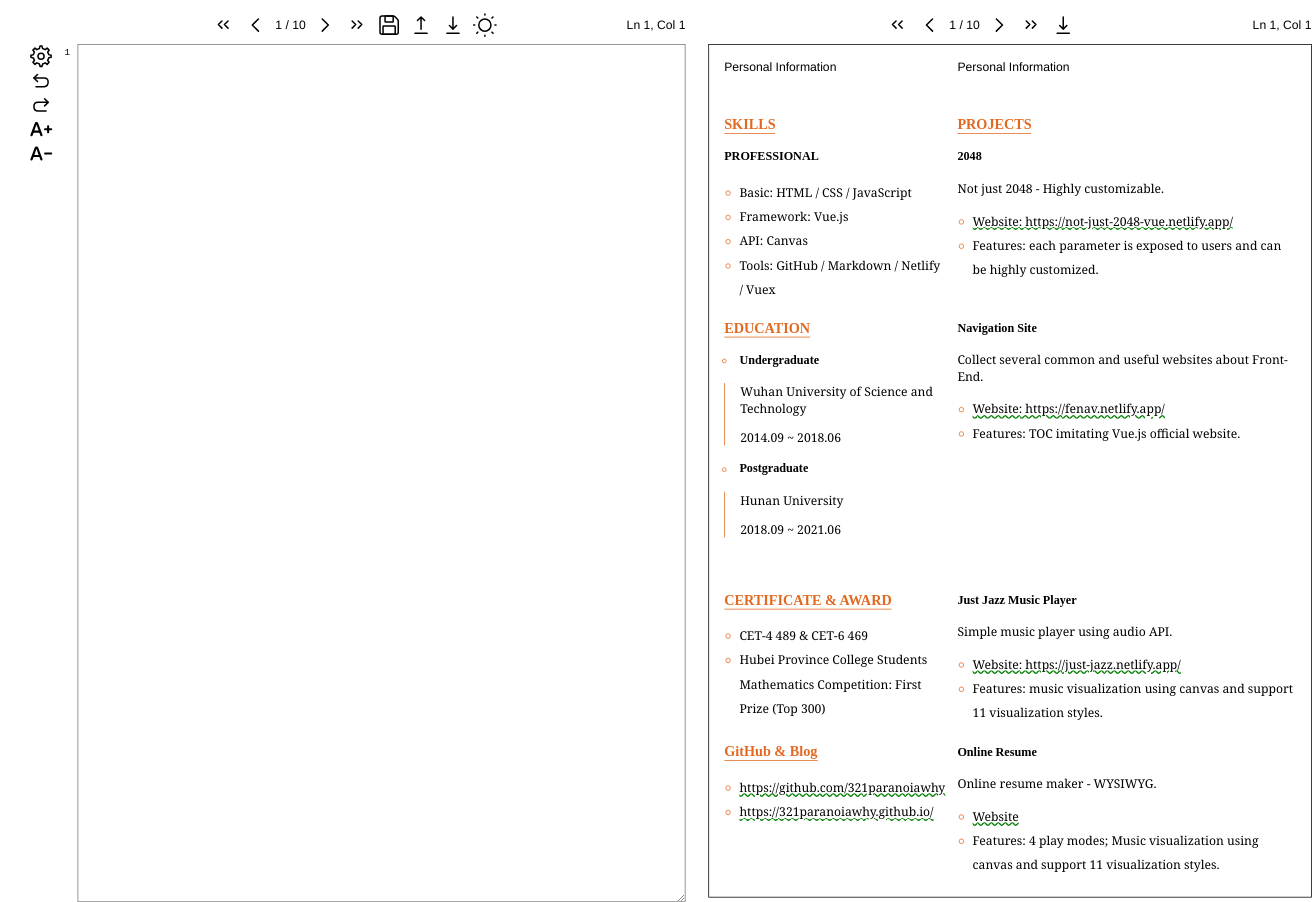
Repository: 321paranoiawhy/online-resume
Page: /
An editor plug-in stored every save of this project. The page is shown before and after the next save, followed by the edit.
The browser window is 1280 px wide. The page is 1726 px wide, so the pictures cover 1726 px, including what lies to the right of the window. The pictures show the whole page, at 76% of full size.
The project was rebuilt for these pictures with package versions that can differ from the ones it lists, and the page was loaded fresh each time. Also part of the build but not shown: vue.config.js, src/components/Header.vue, src/components/Introduction.vue, src/components/Footer.vue.

Above is the page before, as saved 2022-06-08 18:01:25.

### src/App.vue
<template>
    <router-view />
</template>

<style lang="scss">
html,
body,
#app {
    height: 100%;
}
#app {
    font-family: Avenir, Helvetica, Arial, sans-serif;
    -webkit-font-smoothing: antialiased;
    -moz-osx-font-smoothing: grayscale;
    text-align: center;
    // color: #2c3e50;
}
</style>

### src/css/common.css
:root {
    --A4-width: 210mm;
    --A4-height: 297mm;
    /* CSS 全局变量, 任何地方均可通过 var() 访问变量值 */
    --base: 12;
    /* 基于 --base 计算 --font-size-small 和 --line-height-small */
    /* 参考链接: https://www.ruanyifeng.com/blog/2017/05/css-variables.html */
    --font-size-small: calc(var(--base) * 1px);
    --line-height-small: calc(var(--base) * 1.5px);
    /* 字符间距 */
    --letter-spacing: 0.05em;
}
textarea.left-textarea {
    width: var(--A4-width); /* 210 * 96 / 25.4 = 793.7 px */
    height: var(--A4-height); /* 297 * 96 / 25.4 = 1122.52 px */
    /* 字体大小 */
    font-size: var(--font-size-small);
    /* 行高 */
    line-height: var(--line-height-small);
    /* 字符间距 */
    letter-spacing: var(--letter-spacing);
    /* 统一各浏览器下 textarea 盒模型 */
    margin: 0;
    border-width: 1px;
    padding: 2px;
}
div.right-output {
    /* 1 in = 25.4 mm = 96 px */
    width: var(--A4-width); /* 210 * 96 / 25.4 = 793.7 px */
    height: var(--A4-height); /* 297 * 96 / 25.4 = 1122.52 px */
    margin: 0;
    border: 1px solid red;
    padding: 2px;
    /* & .name {
        border: 1px solid blue;
    } */
}
img {
    width: 32px;
    height: 32px;
    cursor: pointer;
}

### src/views/HomeView.vue
<template>
    <!-- <TopHeader></TopHeader> -->
    <!-- <Introduction></Introduction> -->
    <div class="main-flex">
        <LeftInput class="left-input"></LeftInput>
        <RightOutput></RightOutput>
    </div>
    <!-- <BottomFooter></BottomFooter> -->
</template>

<script>
// @ is an alias to /src
import TopHeader from "@/components/Header.vue";
import Introduction from "@/components/Introduction.vue";
import LeftInput from "@/components/LeftInput.vue";
import RightOutput from "@/components/RightOutput.vue";
import BottomFooter from "@/components/Footer.vue";

// 功能拆解
// 下载源码和渲染结果文件(HTML&CSS, PDF, DOCX), 使用 Pandoc
// LaTeX 语法支持 (引入 MathJax)
// JavaScript 实现 解析
// common.css 负责特定样式
// 切换主题或者切换模板
// 主题 白天 黑夜
// 模板 暂定唯一模板 后续定制更多模板 (寻找优雅的 resume 模板)
// autosave
// localstorage
// 左侧应有快速插入标记, 如 name
export default {
    name: "HomeView",
    components: {
        TopHeader,
        Introduction,
        LeftInput,
        RightOutput,
        BottomFooter,
    },
};
</script>

<style scoped lang="scss">
div.main-flex {
    display: flex;
    width: fit-content;
    & .left-input {
        margin-left: 30px;
        margin-right: 30px;
    }
}
</style>

### src/components/RightOutput.vue
<template>
    <div class="right-output-flex-column">
        <div class="top-flex">
            <div class="center">
                <img
                    v-for="(item, index) in rightOutputImage.slice(0, 2)"
                    :key="index"
                    :src="require('../assets/images/' + item.img_src + '.svg')"
                    :alt="item.img_src"
                    @click="Fn(item.function)"
                />
                <p>{{ currentOutputPage }} / {{ totalOutputPage }}</p>
                <img
                    v-for="(item, index) in rightOutputImage.slice(2)"
                    :key="index"
                    :src="require('../assets/images/' + item.img_src + '.svg')"
                    :alt="item.img_src"
                    @click="Fn(item.function)"
                />
            </div>
            <!-- 快速跳转至某行某列 (默认当前页) -->
            <p @click="gotoLnAndCol">Ln 1, Col 1</p>
        </div>
        <!-- <div class="right-output" ref="output"></div> -->
        <testTemplateEN></testTemplateEN>
    </div>
</template>

<script>
import rightOutputImage from "/public/data/rightOutputImage.json";
import testTemplateEN from "./testTemplateEN.vue";

import { onMounted, ref, watch } from "@vue/runtime-core";
import { useStore } from "vuex";

export default {
    name: "RightOutput",
    components: {
        testTemplateEN,
    },
    setup() {
        let currentOutputPage = ref(1);
        let totalOutputPage = ref(10);
        const store = useStore();
        let output = ref(null);
        // 思路一: 根据左边输入栏实时输出至右边, 并设置相应的样式
        // 思路二: 默认右边已有示例模板, 左边输入栏实时输入右边输出栏实时更新替换
        // 思路二更优: 用户可预览, 页面须有提示或者有帮助文档 F1 查看 各块对应语法 syntax
        onMounted(() => {
            // output.value.value = computed(() => {
            //     console.log(store.state.compiledHTML);
            //     return store.state.compiledHTML;
            // });
            // output.value.innerHTML = store.state.compiledHTML;
        });
        watch(
            () => store.state.compiledHTML,
            () => {
                output.value.innerHTML = store.state.compiledHTML;
                // 设置 CSS 样式
            }
        );
        return {
            rightOutputImage,
            currentOutputPage,
            totalOutputPage,
            output,
        };
    },
};
</script>

<style scoped lang="scss">
.right-output-flex-column {
    display: flex;
    flex-direction: column;
    & div.top-flex {
        display: flex;
        width: 210mm;
        margin-left: auto;
        justify-content: center;
        & div.center {
            flex-grow: 1;
            display: flex;
            justify-content: center;
            align-items: center;
            gap: 10px;
        }
    }
}
</style>

### src/components/Sidebar.vue
<template>
    <div class="sidebar-flex-column">
        <img
            v-for="(item, index) in sidebarImage"
            :key="index"
            :src="require('../assets/images/' + item.img_src + '.svg')"
            :alt="item.img_src"
            @click="Fn(item.function)"
        />
    </div>
</template>

<script>
// 引入图片 json 数据文件
import sidebarImage from "/public/data/sidebarImage.json";

export default {
    name: "Sidebar",
    setup() {
        // 当前 base
        let currentBase = 12;
        // Fn: 根据入参执行相应函数
        let Fn = (parameter) => {
            switch (parameter) {
                case "set":
                    break;
                // 撤销 TODO(有限次 or 无限次)
                case "undo":
                    break;
                // 重做 TODO
                case "redo":
                    break;
                // 每次 --base +2
                case "textIncrease":
                    // 最大值: 24 (2*12)
                    if (currentBase === 24) {
                        return;
                    }
                    // 修改 root --base (可同步修改 --font-size-small,--line-height-small)
                    document.documentElement.style.setProperty(
                        "--base",
                        `${currentBase + 2}`
                    );
                    // 更新 currentBase
                    currentBase += 2;
                    break;
                // 每次 --base -2
                case "textDecrease":
                    // 最小值: 8
                    if (currentBase === 8) {
                        return;
                    }
                    document.documentElement.style.setProperty(
                        "--base",
                        `${currentBase - 2}`
                    );
                    // 更新 currentBase
                    currentBase -= 2;
                    break;
                default:
                    break;
            }
        };
        return {
            sidebarImage,
            currentBase,
            Fn,
        };
    },
};
</script>

<style scoped lang="scss">
.sidebar-flex-column {
    display: flex;
    flex-direction: column;
    width: fit-content;
    height: fit-content;
}
</style>

### src/components/testTemplateEN.vue
<template>
    <div class="grid">
        <div>Personal Information</div>
        <div>Personal Information</div>
        <div>
            <h3>SKILLS</h3>
            <h4>PROFESSIONAL</h4>
            <ul>
                <li>Basic: HTML / CSS / JavaScript</li>
                <li>Framework: Vue.js</li>
                <li>API: Canvas</li>
                <li>Tools: GitHub / Markdown / Netlify / Vuex</li>
            </ul>
        </div>
        <div>
            <h3>PROJECTS</h3>
            <h4>2048</h4>
            <p>Not just 2048 - Highly customizable.</p>
            <ul>
                <li>
                    <a href="https://not-just-2048-vue.netlify.app/"
                        >Website: https://not-just-2048-vue.netlify.app/</a
                    >
                </li>
                <li>
                    Features: each parameter is exposed to users and can be
                    highly customized.
                </li>
            </ul>
        </div>
        <div>
            <h3>EDUCATION</h3>
            <h4 class="disc">Undergraduate</h4>
            <div class="border">
                <p>Wuhan University of Science and Technology</p>
                <p>2014.09 ~ 2018.06</p>
            </div>
            <h4 class="disc">Postgraduate</h4>
            <div class="border">
                <p>Hunan University</p>
                <p>2018.09 ~ 2021.06</p>
            </div>
        </div>
        <div>
            <h4>Navigation Site</h4>
            <p>Collect several common and useful websites about Front-End.</p>
            <ul>
                <li>
                    <a href="https://fenav.netlify.app/"
                        >Website: https://fenav.netlify.app/</a
                    >
                </li>
                <li>Features: TOC imitating Vue.js official website.</li>
            </ul>
        </div>
        <div>
            <h3>CERTIFICATE & AWARD</h3>
            <ul>
                <li>CET-4 489 & CET-6 469</li>
                <li>
                    Hubei Province College Students Mathematics Competition:
                    First Prize (Top 300)
                </li>
            </ul>
        </div>
        <div>
            <h4>Just Jazz Music Player</h4>
            <p>Simple music player using audio API.</p>
            <ul>
                <li>
                    <a href="https://just-jazz.netlify.app/"
                        >Website: https://just-jazz.netlify.app/</a
                    >
                </li>
                <li>
                    Features: music visualization using canvas and support 11
                    visualization styles.
                </li>
            </ul>
        </div>
        <div>
            <h3>GitHub & Blog</h3>
            <ul>
                <li>
                    <a href="https://github.com/321paranoiawhy"
                        >https://github.com/321paranoiawhy</a
                    >
                </li>
                <li>
                    <a href="https://321paranoiawhy.github.io/"
                        >https://321paranoiawhy.github.io/</a
                    >
                </li>
            </ul>
        </div>
        <div>
            <h4>Online Resume</h4>
            <p>Online resume maker - WYSIWYG.</p>
            <ul>
                <li>
                    <a href="https://just-jazz.netlify.app/">Website</a>
                </li>
                <li>
                    Features: 4 play modes; Music visualization using canvas and
                    support 11 visualization styles.
                </li>
            </ul>
        </div>
    </div>
</template>

<script>
export default {
    name: "testTemplate",
    setup() {
        return {};
    },
};
</script>

<style scoped lang="scss">
// @import url("https://fonts.googleapis.com/css2?family=Cormorant+Garamond:wght@500&display=swap");
$margin-left: 20px;
div.grid {
    display: grid;
    grid-template-columns: 0.618fr 1fr;
    // grid-template-rows: auto;
    column-gap: 1rem;
    width: var(--A4-width);
    height: var(--A4-height);
    // background-color: #e6e6e6;
    text-align: left;
    // border-box
    box-sizing: border-box;
    // 内边距
    padding: 20px;
    border: 1px solid;
    & ul {
        padding: 0 0 0 $margin-left;
        margin: 0;
        list-style-type: circle;
        font-family: Cambria;
        & li {
            & img {
                width: 24px;
                height: 24px;
                vertical-align: middle;
                margin-right: 5px;
            }
            height: 2rem;
            line-height: 2rem;
        }
    }
    & ul li::marker {
        color: #e26921;
    }
    & p {
        font-family: Cambria;
    }
    & h3 {
        color: #e26921;
        font-family: didot;
        width: fit-content;
        border-bottom: 1px solid;
    }
    & h4 {
        font-family: didot;
    }
    & h4.disc {
        position: relative;
        margin-left: $margin-left;
        &::before {
            position: absolute;
            content: " ";
            left: -23.2px;
            top: 40%;
            width: 4.4px;
            height: 4.4px;
            border: 1px solid #e26921;
            border-radius: 50%;
        }
    }
    & a {
        text-decoration: green wavy underline;
        color: inherit;
        // font-family: Cambria;
        // font-family: "Cormorant Garamond", serif;
    }
    & div.border {
        border-left: 1px solid #e26921;
        & p {
            margin-left: $margin-left;
        }
    }
}
</style>

Loaded but not shown: public/index.html (common file); src/router/index.js (common file); public/data/leftInputImage.json (30 lines, source omitted); public/data/rightOutputImage.json (22 lines, source omitted); public/data/sidebarImage.json (22 lines, source omitted); src/store/index.js (34 lines, source omitted); src/main.js (8 lines, source omitted); src/components/LeftInput.vue (291 lines, source omitted)

After the next save:
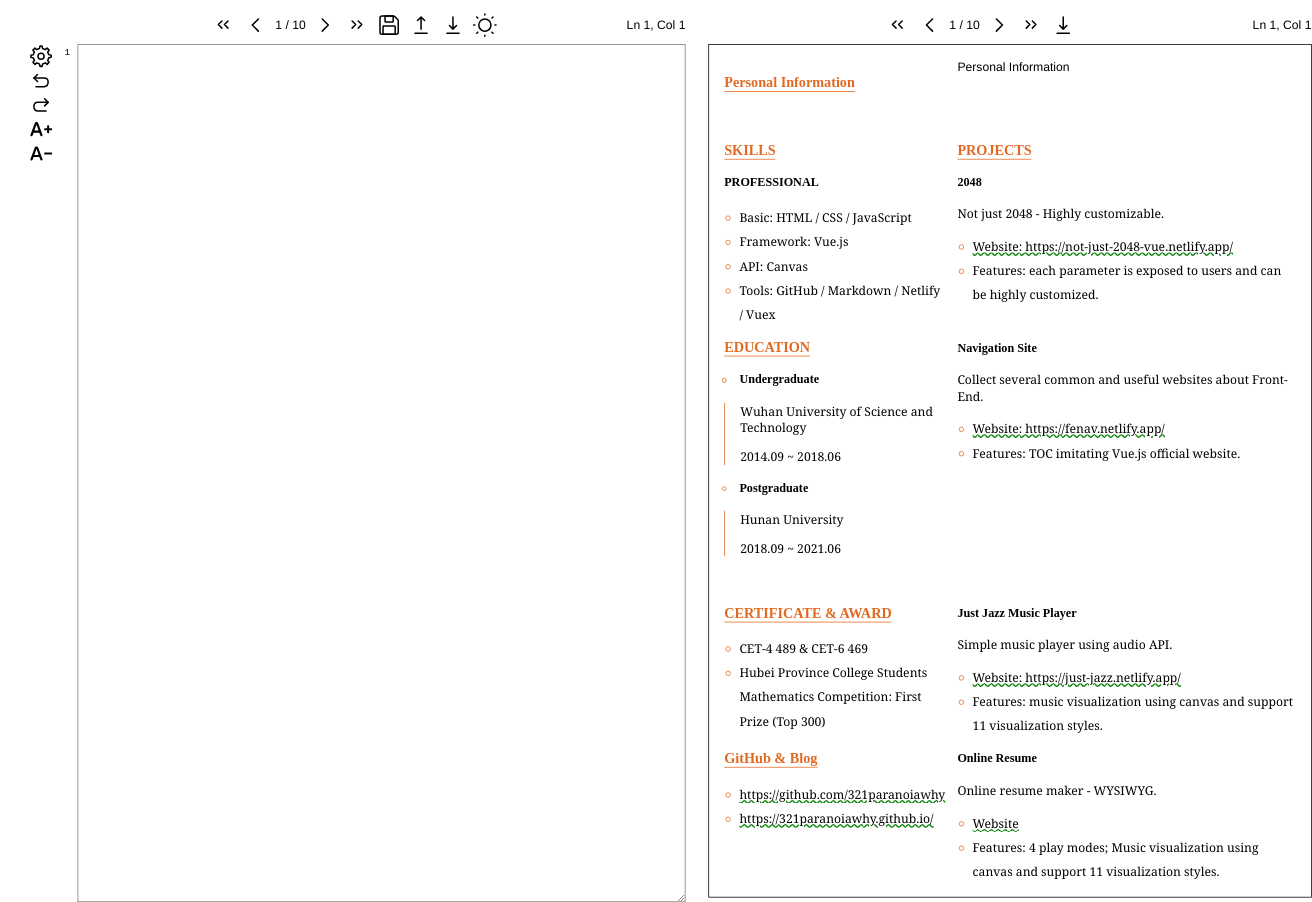
Saved 19 s later.
--- a/src/components/testTemplateEN.vue
+++ b/src/components/testTemplateEN.vue
@@ -1,6 +1,8 @@
 <template>
     <div class="grid">
-        <div>Personal Information</div>
+        <div>
+            <h3>Personal Information</h3>
+        </div>
         <div>Personal Information</div>
         <div>
             <h3>SKILLS</h3>
